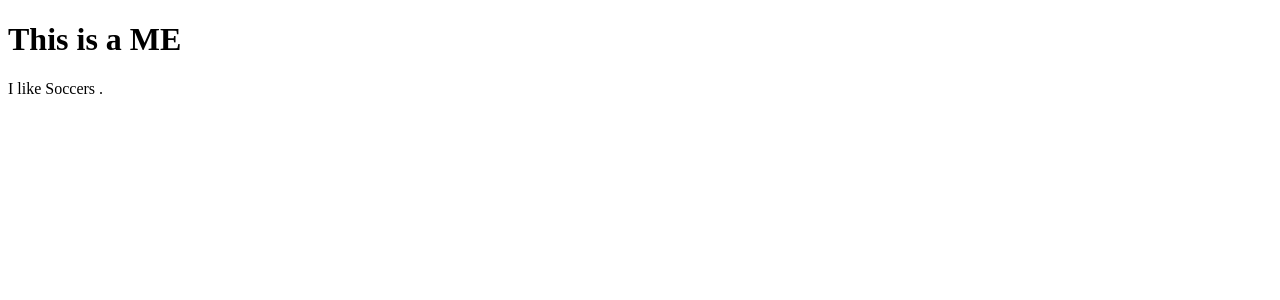
Repository: adorianrobbins/adorianrobbins.github.io
Page: my_website/about me.html
The author's editor kept a record of every edit. The page is drawn from the files as they stood at one moment, then again after the next edit.
The browser window is 1280 px wide. The pictures show the whole page.

Above is the page before.

After the next edit:
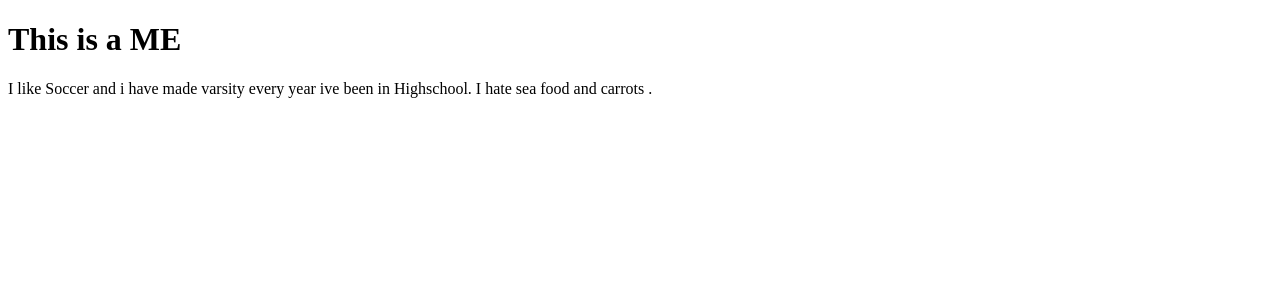
The edit:
--- a/my_website/about me.html
+++ b/my_website/about me.html
@@ -6,7 +6,7 @@
 <body>
 
 <h1>This is a ME</h1>
-<p>I like Soccers
+<p>I like Soccer and i have made varsity every year ive been in Highschool. I hate sea food and carrots
 
 .</p>
 
